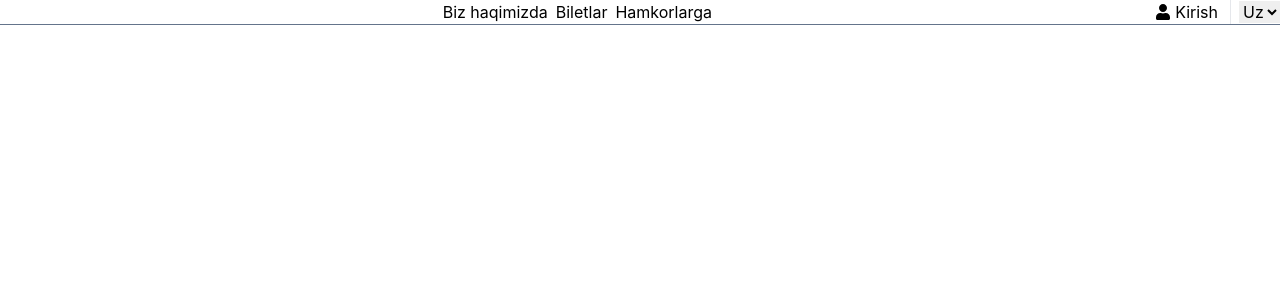
Repository: ziyodbek0300/avia-sales_
Page: /
An editor plug-in stored every save of this project. The page is shown before and after a run of saves, followed by the edit.
The browser window is 1280 px wide. The pictures show the whole page.
The project was rebuilt for these pictures with package versions that can differ from the ones it lists, and the page was loaded fresh each time.

Above is the page before, as saved 2022-06-01 23:57:08.

### src/index.js
import React from 'react';
import ReactDOM from 'react-dom/client';
import './index.scss';
import App from './App';
import { BrowserRouter } from 'react-router-dom';

const root = ReactDOM.createRoot(document.getElementById('root'));
root.render(
  <React.StrictMode>
    <BrowserRouter>
      <App />
    </BrowserRouter>
  </React.StrictMode>
)

### src/App.js
import { Route, Routes } from "react-router-dom";
import Navbar from "./components/navbar/Navbar";
import Home from "./containers/home/Home";

function App() {
  return (
    <div>
      <Navbar />
      <Routes>
        <Route path="/" element={<Home />} />
      </Routes>
    </div>
  );
}

export default App;

### src/components/navbar/Navbar.jsx
import React from 'react'
import { FaUser } from 'react-icons/fa';

function Navbar() {
    return (
        <div className='border-b border-b-slate-500'>
            <nav className=' flex justify-between items-center max-w-7xl mx-auto'>
                <div className="logo"></div>
                <ul className='flex gap-2'>
                    <li>Biz haqimizda</li>
                    <li>Biletlar</li>
                    <li>Hamkorlarga</li>
                </ul>
                <ul className='flex gap-2'>
                    <li className='flex items-center border-r pr-3'>
                        <FaUser />&nbsp;Kirish
                    </li>
                    <li>
                        <select name="lang" id="lang" className='border-slate-500'>
                            <option value="uz">Uz</option>
                            <option value="uz">Ru</option>
                            <option value="uz">En</option>
                        </select>
                    </li>
                </ul>
            </nav>
        </div>
    )
}

export default Navbar

### src/containers/home/Home.jsx
import React from 'react'

function Home() {
  return (
    <div>
    </div>
  )
}

export default Home

Loaded but not shown: public/index.html (common file); src/index.scss (common file); tailwind.config.js (common file)

After the next 2 saves:
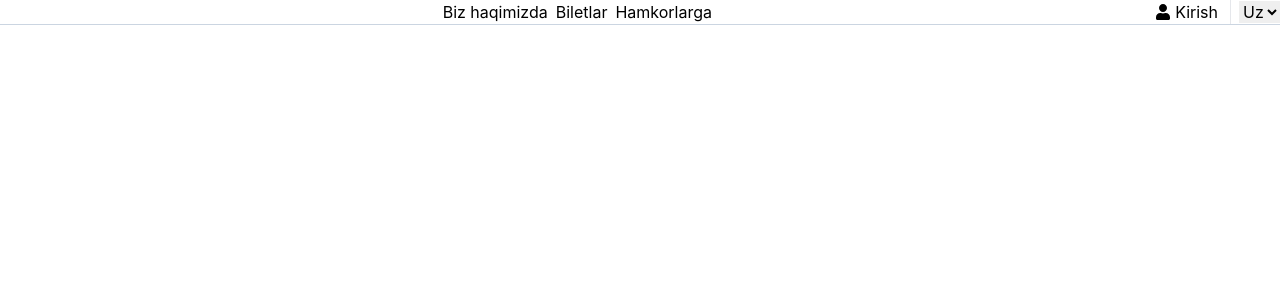
The 2 saves are shown as one change because they came seconds apart.
The last was saved 12 s later.
--- a/src/components/navbar/Navbar.jsx
+++ b/src/components/navbar/Navbar.jsx
@@ -3,7 +3,7 @@
 
 function Navbar() {
     return (
-        <div className='border-b border-b-slate-500'>
+        <div className='border-b border-b-slate-300'>
             <nav className=' flex justify-between items-center max-w-7xl mx-auto'>
                 <div className="logo"></div>
                 <ul className='flex gap-2'>
